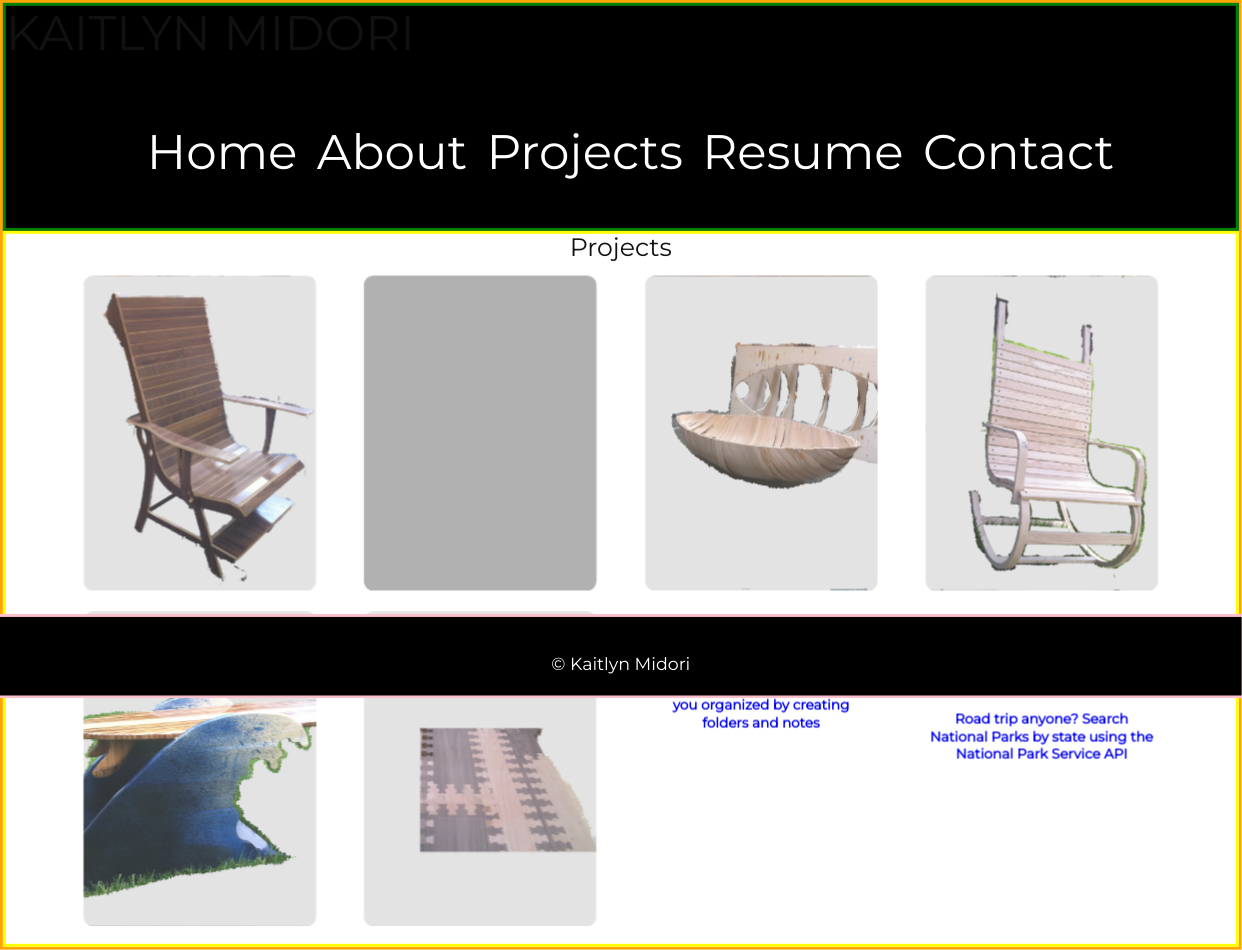
Repository: kaitlynMidori/anon_ink
Page: pages/Projects.html
The author's editor kept a copy of each file at every save. The page is drawn from the files as they stood at one save, then again after the next save.
The browser window is 1280 px wide. The pictures show the whole page, at 97% of full size.
Pictures or frames that could not be fetched are drawn as grey boxes. Some web libraries are served in a nearby version.

Above is the page before, as saved 2021-09-05 16:53:46.

### pages/Projects.html
<!DOCTYPE html>
<html lang= "en">
  <head>
    <meta charset="utf-8">
    <meta name="viewport" content="width=device-width, initial-scale=1.0">
    <title>About</title>
    <link href="https://cdnjs.cloudflare.com/ajax/libs/normalize/8.0.1/normalize.min.css" rel="stylesheet" type="text/css" />
    <link href="https://fonts.googleapis.com/css2?family=Montserrat&display=swap" rel="stylesheet">
    <link rel="preconnect" href="https://fonts.gstatic.com">
    <link href="https://fonts.googleapis.com/css2?family=Didact+Gothic&display=swap" rel="stylesheet">
    <link href="../style.css" rel="stylesheet" type="text/css" />
  </head>

<body>
  <header>
    <div class="logo">KAITLYN MIDORI</div>
    <nav>
      <ul id="menu">
        <li><a href="/index.html">Home</a></li>
        <li><a href="/Pages/About.html">About</a></li>
        <li><a href="/Pages/Projects.html">Projects</a></li>
        <li><a href="/Pages/Resume.html">Resume</a></li>
        <li><a href="/Pages/Contact.html">Contact</a></li>
      </ul>
    </nav>
  </header>

  <main>
        <!-- Projetcs -->
  <section>
    <h2>Projects</h2>
      <div class="card-container">
        <div class="row-one">
          <div class="card">
            <div class="card-inner">
            <div class="card-one-front">
            <a href="https://search-brews.vercel.app/" class="card-font" id="card1"><h1>Beer Me</h1><p>Quench that thirst and search breweries by state using Open Brewery's API</p></a>
          </div>
        </div>
      </div>
      <div class="card">
        <div class="card-inner">
          <div class="card-two-front">
            <a href="https://github.com/kaitlynMidori/nyt-server" id="card2"><h1>New York Times</h1><p>Need a new read? This app uses The New York Times Books API allowing the user to filter best sellers by reviews, or author</p></a>
          </div>
        </div>
      </div>
      <div class="card">
        <div class="card-inner">
          <div class="card-three-front">
            <a href="https://makeup-api.vercel.app/" id="card3"><h1>Make Me Up</h1><p>Find your makeup match using this full-stack web app</p></a>
          </div>
        </div>
      </div>
      <div class="card">
        <div class="card-inner">
          <div class="card-four-front">
            <a href="https://laptop-customizer-rosy.vercel.app/" id="card4"><h1>ELF Laptops</h1><p>This ecommerce web app allows users to build a custom computer and view the total cost</p></a>
          </div>
        </div>
      </div>
      <div class="card">
        <div class="card-inner">
          <div class="card-five-front">
            <a href="https://github.com/kaitlynMidori/react-jeopardy-app" id="card5"><h1>Jeopardy</h1><p>Put your EQ to the test with this brain twisting full-stack web app game</p></a>
          </div>
        </div>
      </div>
      <div class="card">
        <div class="card-inner">
          <div class="card-six-front">
            <a href="https://gardening101.vercel.app/" id="card6"><h1>Gardening 101</h1><p>Take a fun, gardening quiz</p></a>
          </div>
        </div>
      </div>
      <div class="card">
        <div class="card-inner">
          <div class="card-seven-front">
            <a href="https://noteful-client-v5.vercel.app/" id="card7"><h1>Noteful</h1><p>This full-stack web app keeps you organized by creating folders and notes</p></a>
          </div>
        </div>
      </div>
      <div class="card">
        <div class="card-inner">
          <div class="card-eight-front">
            <a href="https://national-park-finder.vercel.app/" id="card8"><h1>National Park Search</h1><p>Road trip anyone? Search National Parks by state using the National Park Service API</p></a>
          </div>
        </div>
      </div>
    </div>
    <footer><p>© Kaitlyn Midori</p></footer>
    </div>
  </section>
  </main>
<script
        src="https://code.jquery.com/jquery-3.2.1.min.js"
        integrity="sha256-hwg4gsxgFZhOsEEamdOYGBf13FyQuiTwlAQgxVSNgt4="
        crossorigin="anonymous"></script>
        <!-- <script>
          $(".card").on("touchstart", function() {
            $(this).toggleClass("hover");
          });
        </script> -->
</body>
</html>

### style.css

/***************** General ******************/
body {
    border: solid orange;
    min-height: 100%;
    background-color: white;
    color: rgb(17, 17, 17);
    margin: none;
    font-family: 'Montserrat', sans-serif;
    padding-top: 0;
  }

  /************** navigation ***************/
  header nav {
    display: flex;
    flex-direction: row;
    justify-content: center;
    margin-top: 14px;
  }

  header nav ul {
    display: flex;
    flex-direction: row;
    padding-bottom: 0;
  }

  header nav ul li {
    list-style-type: none;
  }

  header ul li a {
    color: white;
    text-decoration: none;
    padding: 0 20px 0 0;
    font-family: 'Montserrat', sans-serif;
  }

  /************* Primary Groups ****************/
  header {
    font-size: 50px;
    background-color: black;
    margin: 0;
    border: solid green;
  }

  main {
    margin: auto;
    justify-content: center;
    justify-items: center;
    text-align: center;
    border: solid yellow;
  }

  footer {
    position: fixed;
    background-color: black;
    bottom: 0;
    width: 100%;
    border: solid pink;
  }

  /****************** Typography ******************/
  h1 {
    font-size: 28px;
    font-family: 'Montserrat', sans-serif;
    color: white;
    font-weight: 400;
  }

  h2 {
    font-size: 26px;
    color: rgb(17, 17, 17);
    font-family: 'Montserrat', sans-serif;
    text-align: center;
    font-weight: 400;
    margin: 0 10px;
  }

  h3 {
    font-size: 15px;
    font-family: 'Montserrat', sans-serif;
    font-weight: 430;
  }

  p {
    font-family: 'Montserrat', sans-serif;
    font-size: 18px;
    line-height: 1.3em;
    margin-bottom: 0;
  }

  main a {
    font-weight: 700;
    text-decoration: none;
  }

  main a:visited{
    color: blue;
  }
  /* main main a:hover{color: greenyellow;} */
  /* a:active{color:  rgb(143, 156, 33);} */

  footer p {
    font-size: 18px;
    color: white;
    text-align: center;
    padding: 20px;
  }

  footer h2 {
    color: black;
  }

  /* img.image-enhanced {
    max-width: 350px;
    border-radius: 8px;
  }

  .item-double {
    color: rgb(17, 17, 17);
    flex: 2;
  } */

  /* Desktop groups/items */
  /* @media all and (min-width: 600px){
    section {
      padding: 0%;
    }
    .group {
      display: flex;
      flex-direction: row;
      flex-wrap: wrap;
    }
  } */

  /* ***********  home ************** */

  .home-video {
    position: fixed;
    right: 0px;
    bottom: 0px;
    min-width: 100%;
    min-height: 100%;
    width: auto;
    height: auto;
    z-index: -1;
  }

  /* ************ about *************** */

  .about-container {
    overflow: scroll;
    align-items: center;
    justify-content: center;
    flex-direction: column-reverse;
    margin: auto;
    padding: 15px;
    display: flex;
    text-align: center;
    flex-wrap: wrap;
  }

  .about-item {
    text-align: left;
    display: flex;
    flex-wrap: wrap;
    margin: auto;
  }

  /**************** projects ****************/
  .card-container {
    max-width: 1200px;
    min-width: 370px;
    margin: auto;
    display: flex;
    flex-direction: row;
    flex-wrap: wrap;
    justify-content: space-evenly;
    text-align: center;
    padding-top: 10px;
  }

  .row-one {
    justify-content: space-evenly;
    display: flex;
    flex-wrap: wrap;
  }

  .card p {
    font-size: 14px;
    padding-left: 4px;
    padding-right: 4px;
  }

  .card #card1 {
    padding-top: 5px;
    background-repeat: no-repeat;
    background-size:cover;
    background-position: top;
    display: block;
    margin: 0 auto;
    text-indent: -9999px;
    width: 15rem;
    height: 20rem;
    border: transparent;
  }

  .card #card1:hover {
    font-size: 30px;
    color: black;
    display: block;
    margin: 0 auto;
    text-indent: 0;
    justify-content: center;
    background-color: rgb(238, 228, 211, .8);
    background-blend-mode: hue;
  }

  .card #card2 {
    padding-top: 5px;
    background-repeat: no-repeat;
    background-size:cover;
    background-position: top;
    display: block;
    margin: 0 auto;
    text-indent: -9999px;
    width: 15rem;
    height: 20rem;
    border: transparent;
  }

  .card #card2:hover {
    font-size: 30px;
    color: black;
    display: block;
    margin: 0 auto;
    text-indent: 0;
    justify-content: center;
    background-color: rgb(238, 228, 211, .8);
    background-blend-mode: hue;
  }

  .card #card3 {
    padding-top: 5px;
    background-repeat: no-repeat;
    background-size:cover;
    background-position: top;
    display: block;
    margin: 0 auto;
    text-indent: -9999px;
    width: 15rem;
    height: 20rem;
    border: transparent;
  }

  .card #card3:hover {
    font-size: 30px;
    color: black;
    display: block;
    margin: 0 auto;
    text-indent: 0;
    justify-content: center;
    background-color: rgb(238, 228, 211, .8);
    background-blend-mode: hue;
  }

  .card #card4 {
    padding-top: 5px;
    background-repeat: no-repeat;
    background-size:cover;
    background-position: top;
    display: block;
    margin: 0 auto;
    text-indent: -9999px;
    width: 15rem;
    height: 20rem;
    border: transparent;
  }

  .card #card4:hover {
    font-size: 30px;
    color: black;
    display: block;
    margin: 0 auto;
    text-indent: 0;
    justify-content: center;
    background-color: rgb(238, 228, 211, .8);
    background-blend-mode: hue;
  }

  .card #card5 {
    padding-top: 5px;
    background-repeat: no-repeat;
    background-size:cover;
    background-position: top;
    display: block;
    margin: 0 auto;
    text-indent: -9999px;
    width: 15rem;
    height: 20rem;
    border: transparent;
  }

  .card #card5:hover {
    font-size: 30px;
    color: black;
    display: block;
    margin: 0 auto;
    text-indent: 0;
    justify-content: center;
    background-color: rgb(238, 228, 211, .8);
    background-blend-mode: hue;
  }

  .card #card6 {
    padding-top: 5px;
    background-repeat: no-repeat;
    background-size:cover;
    background-position: top;
    display: block;
    margin: 0 auto;
    text-indent: -9999px;
    width: 15rem;
    height: 20rem;
    border: transparent;
  }

  .card #card6:hover {
    font-size: 30px;
    color: black;
    display: block;
    margin: 0 auto;
    text-indent: 0;
    justify-content: center;
    background-color: rgb(238, 228, 211, .8);
    background-blend-mode: hue;
  }

  /* The flip card container - set the width and height to whatever you want. We have added the border property to demonstrate that the flip itself goes out of the box on hover (remove perspective if you don't want the 3D effect */
  .card {
    backface-visibility: hidden;
    -webkit-backface-visibility: hidden;
    border: solid;
    border-color: transparent;
    background-color: transparent;
    width: 15rem;
    height: 20rem;
    margin-bottom: 20px;
    -webkit-perspective: 1000px;
    perspective: 1000px; /* Remove this if you don't want the 3D effect */
  }

  /* This container is needed to position the front and back side */
  .card-inner {
    position: relative;
    width: 100%;
    height: 100%;
    text-align: center;
    transition: transform 0.8s;
    -webkit-transition: -webkit-transform 0.8s;
    transform-style: preserve-3d;
    -webkit-transform-style: preserve-3d;
   transition-property: -webkit-transform;
   -webkit-transition-property: -webkit-transform;
   transition-duration: 1.5s;
   -webkit-transition-duration: 1.5s;
    backface-visibility: hidden;
    -webkit-backface-visibility: hidden;
  }

  /* Position the front and back side */
  .card-one-front {
    position: absolute;
    border-radius: 10px;
    margin-bottom: 20px;
    background-color: #ddd;
    background-image: url(./images/WalnutVaneerChair.png);
    opacity: .8;
    background-repeat: no-repeat;
    background-size:cover;
    background-position: top;
  }

  .card-two-front {
    position: absolute;
    -webkit-backface-visibility: hidden;
    backface-visibility: hidden;
    border-radius: 10px;
    margin-bottom: 20px;
    background-image: url(./images/MarilynFramed.png);
    opacity: .8;
    background-repeat: no-repeat;
    background-color: #ddd;
    background-size:cover;
    background-position: top;
    }

  .card-three-front {
    position: absolute;
    -webkit-backface-visibility: hidden;
    backface-visibility: hidden;
    border-radius: 10px;
    margin-bottom: 20px;
    background-image: url(./images/FvfXn.png);
    opacity: .8;
    background-repeat: no-repeat;
    background-color: #ddd;
    background-size:cover;
    background-position: top;
  }

  .card-four-front {
    position: absolute;
    -webkit-backface-visibility: hidden;
    backface-visibility: hidden;
    border-radius: 10px;
    margin-bottom: 20px;
    background-image: url(./images/Oakchair_angle.png);
    opacity: .8;
    background-repeat: no-repeat;
    background-color: #ddd;
    background-size:cover;
    background-position: left;
  }

  .card-five-front {
    position: absolute;
    -webkit-backface-visibility: hidden;
    backface-visibility: hidden;
    border-radius: 10px;
    margin-bottom: 20px;
    background-image: url(./images/SurfboardCoffetable.png);
    opacity: .8;
    background-repeat: no-repeat;
    background-color: #ddd;
    background-size:cover;
    background-position: top;
  }

  .card-six-front {
    position: absolute;
    -webkit-backface-visibility: hidden;
    backface-visibility: hidden;
    border-radius: 10px;
    margin-bottom: 20px;
    background-image: url(./images/CELLO_BELYTRIAL_PUZZLEJOINTS.png);
    opacity: .8;
    background-repeat: no-repeat;
    background-color: #ddd;
    background-size:cover;
    background-position: top;
  }

  /* ************** Resume *************** */
  .resume-pdf {
    max-width: 100%;
    max-height: 100%;
    border-radius: 8px;
    margin: auto;
  }

  .resume-container {
    max-width: 100%;
    height: 100%;
    align-items: center;
    justify-content: center;
    display: flex;
    flex-direction: column;
    margin: auto;
  }

  /* ***************** Contact ****************** */
  .contact-container {
    display: inline-flex;
    flex-direction: row;
    flex-wrap: wrap;
    height: 100%;
    width: 100%;
    padding: 5px;
    margin: auto;
    align-items: center;
    align-content: center;
  }

  .contact-form {
    display: flex;
    max-width: 50%;
    height: 100%;
    margin: auto;
    border: solid;
    border-color: transparent;
  }

  .contact-bar {
    width: 100%;
    overflow: auto;
    margin-top: 20px;
    margin-bottom: 20px;
  }

  .contact-bar a {
    display: inline-block;
    flex-direction: row;
    flex-wrap: nowrap;
    width: 15%;
    text-align: center;
    padding: 12px 0;
    color: black;
    transition: all 0.3s ease;
    font-size: 34px;
  }

  .contact-bar a:hover {
    background-color: white;
  }

  .location {
    width: 100%;
    margin-top: 20px;
  }
  /****** Contact Form Design ******/
  form input, form textarea {
    width: 100%;
    margin-bottom: 20px;
    margin: auto;
  }

  form textarea {
    height: 250px;
  }

After the next save:
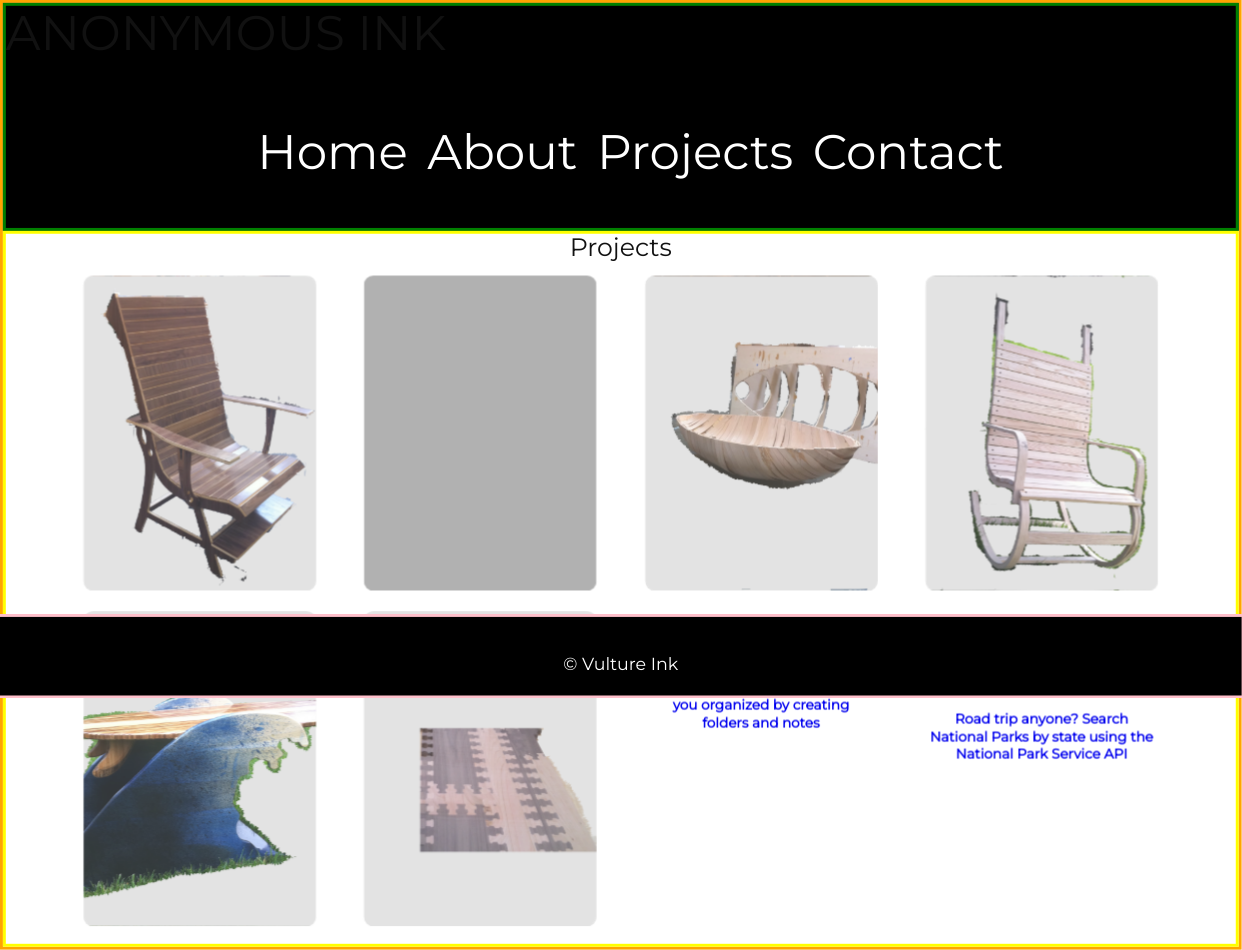
Saved 2 min 46 s later.
--- a/pages/Projects.html
+++ b/pages/Projects.html
@@ -13,13 +13,13 @@
 
 <body>
   <header>
-    <div class="logo">KAITLYN MIDORI</div>
+    <div class="logo">ANONYMOUS INK</div>
     <nav>
       <ul id="menu">
         <li><a href="/index.html">Home</a></li>
         <li><a href="/Pages/About.html">About</a></li>
         <li><a href="/Pages/Projects.html">Projects</a></li>
-        <li><a href="/Pages/Resume.html">Resume</a></li>
+        <!-- <li><a href="/Pages/Resume.html">Resume</a></li> -->
         <li><a href="/Pages/Contact.html">Contact</a></li>
       </ul>
     </nav>
@@ -34,42 +34,42 @@
           <div class="card">
             <div class="card-inner">
             <div class="card-one-front">
-            <a href="https://search-brews.vercel.app/" class="card-font" id="card1"><h1>Beer Me</h1><p>Quench that thirst and search breweries by state using Open Brewery's API</p></a>
+            <a href="https://search-brews.vercel.app/" class="card-font" id="card1"><h1>Walnut Vaneer Chair</h1><p>Click for deets</p></a>
           </div>
         </div>
       </div>
       <div class="card">
         <div class="card-inner">
           <div class="card-two-front">
-            <a href="https://github.com/kaitlynMidori/nyt-server" id="card2"><h1>New York Times</h1><p>Need a new read? This app uses The New York Times Books API allowing the user to filter best sellers by reviews, or author</p></a>
+            <a href="https://github.com/kaitlynMidori/nyt-server" id="card2"><h1>Marilyn Frame</h1><p>Click here</p></a>
           </div>
         </div>
       </div>
       <div class="card">
         <div class="card-inner">
           <div class="card-three-front">
-            <a href="https://makeup-api.vercel.app/" id="card3"><h1>Make Me Up</h1><p>Find your makeup match using this full-stack web app</p></a>
+            <a href="https://makeup-api.vercel.app/" id="card3"><h1>Canoe</h1><p>Click me</p></a>
           </div>
         </div>
       </div>
       <div class="card">
         <div class="card-inner">
           <div class="card-four-front">
-            <a href="https://laptop-customizer-rosy.vercel.app/" id="card4"><h1>ELF Laptops</h1><p>This ecommerce web app allows users to build a custom computer and view the total cost</p></a>
+            <a href="https://laptop-customizer-rosy.vercel.app/" id="card4"><h1>Oak Chair</h1><p>Clickey</p></a>
           </div>
         </div>
       </div>
       <div class="card">
         <div class="card-inner">
           <div class="card-five-front">
-            <a href="https://github.com/kaitlynMidori/react-jeopardy-app" id="card5"><h1>Jeopardy</h1><p>Put your EQ to the test with this brain twisting full-stack web app game</p></a>
+            <a href="https://github.com/kaitlynMidori/react-jeopardy-app" id="card5"><h1>Surfboard Coffee Table</h1><p>Click</p></a>
           </div>
         </div>
       </div>
       <div class="card">
         <div class="card-inner">
           <div class="card-six-front">
-            <a href="https://gardening101.vercel.app/" id="card6"><h1>Gardening 101</h1><p>Take a fun, gardening quiz</p></a>
+            <a href="https://gardening101.vercel.app/" id="card6"><h1>Chello</h1><p>Click</p></a>
           </div>
         </div>
       </div>
@@ -88,7 +88,7 @@
         </div>
       </div>
     </div>
-    <footer><p>© Kaitlyn Midori</p></footer>
+    <footer><p>© Vulture Ink</p></footer>
     </div>
   </section>
   </main>
